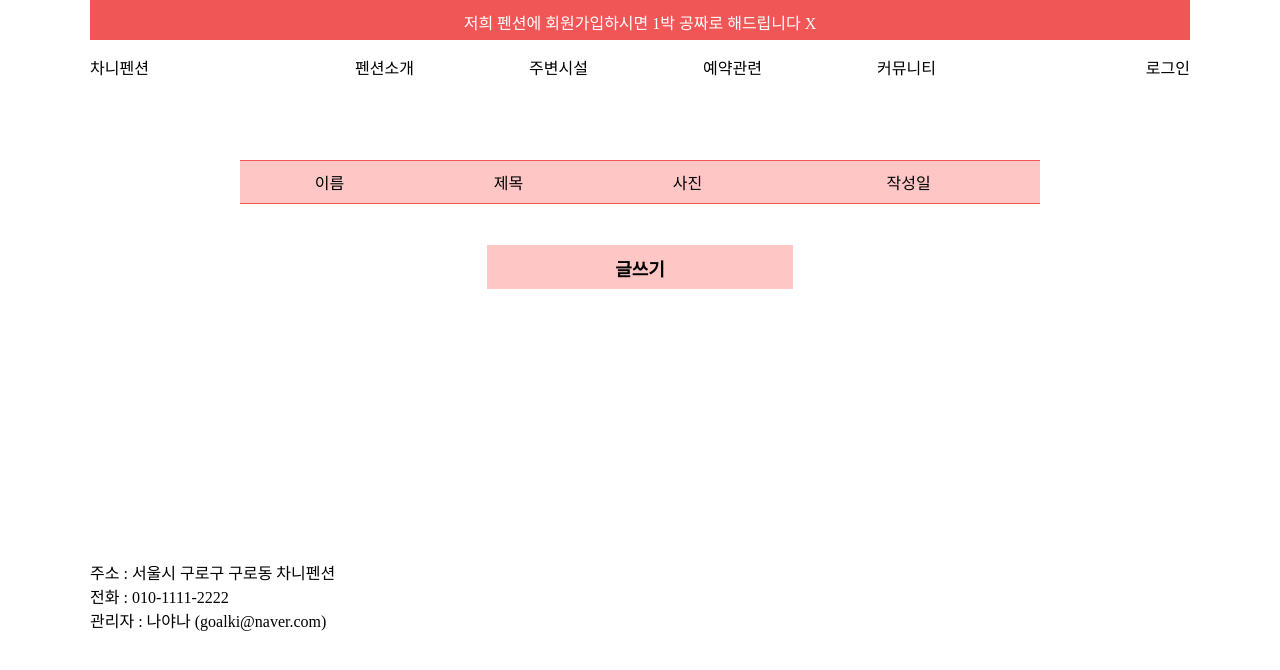
Repository: goalki/pension
Page: http://localhost/pension/tour/list.jsp
These files come from the project's save history. The page is drawn as it stood at one moment and after the next save; the edit follows.
The browser window is 1280 px wide. The pictures show the whole page.
The page is served by Tomcat 9. Queries for data that is not in the repository find no rows.

Above is the page before, as saved 2021-01-21 05:56:47.

After the next save:
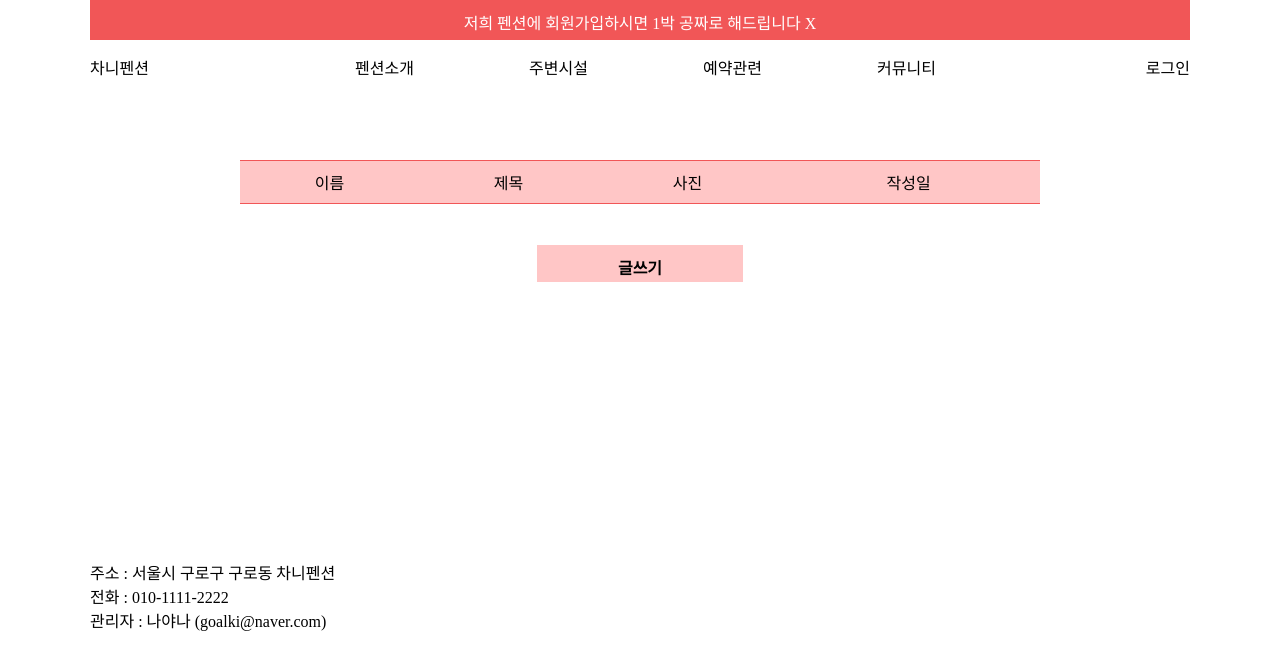
Saved 22 s later.
--- a/pension/WebContent/tour/list.jsp
+++ b/pension/WebContent/tour/list.jsp
@@ -37,10 +37,10 @@
   #section #link {
     margin-top:40px;
     display:inline-block;
-    width:306px;
-    height:34px;
+    width:206px;
+    height:27px;
     background:#FFC6C6;
-    font-size:18px;
+    font-size:16px;
     font-weight:900;
     padding-top:10px;
   }
